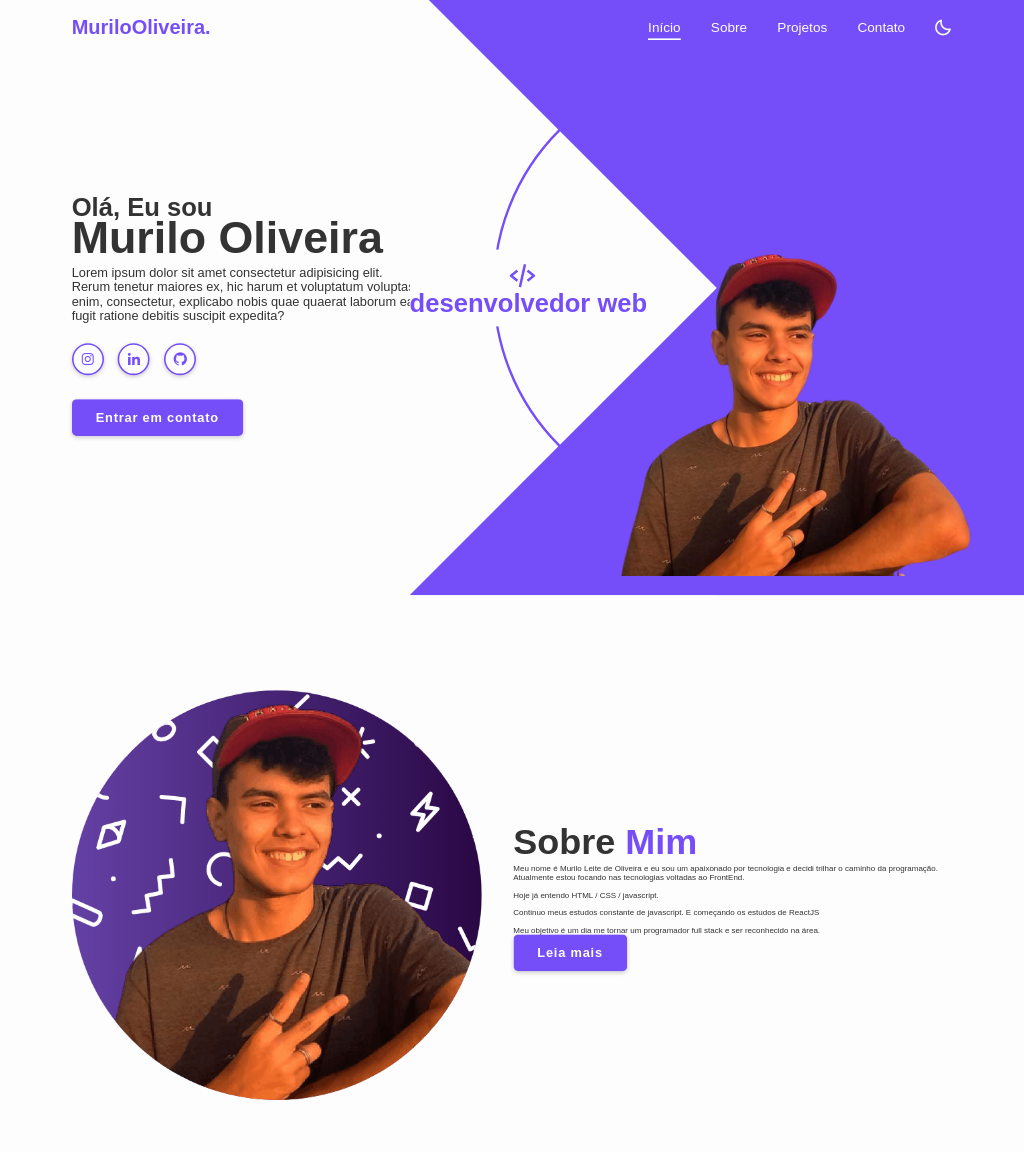
Repository: devMuriloOliveira/Portfolio-
Page: index.html
These files come from the project's save history. The page is drawn as it stood at one moment and after the next save; the edit follows.
The browser window is 1280 px wide. The pictures show the whole page, at 80% of full size.

Above is the page before, as saved 2023-03-11 16:11:20.

After the next save:
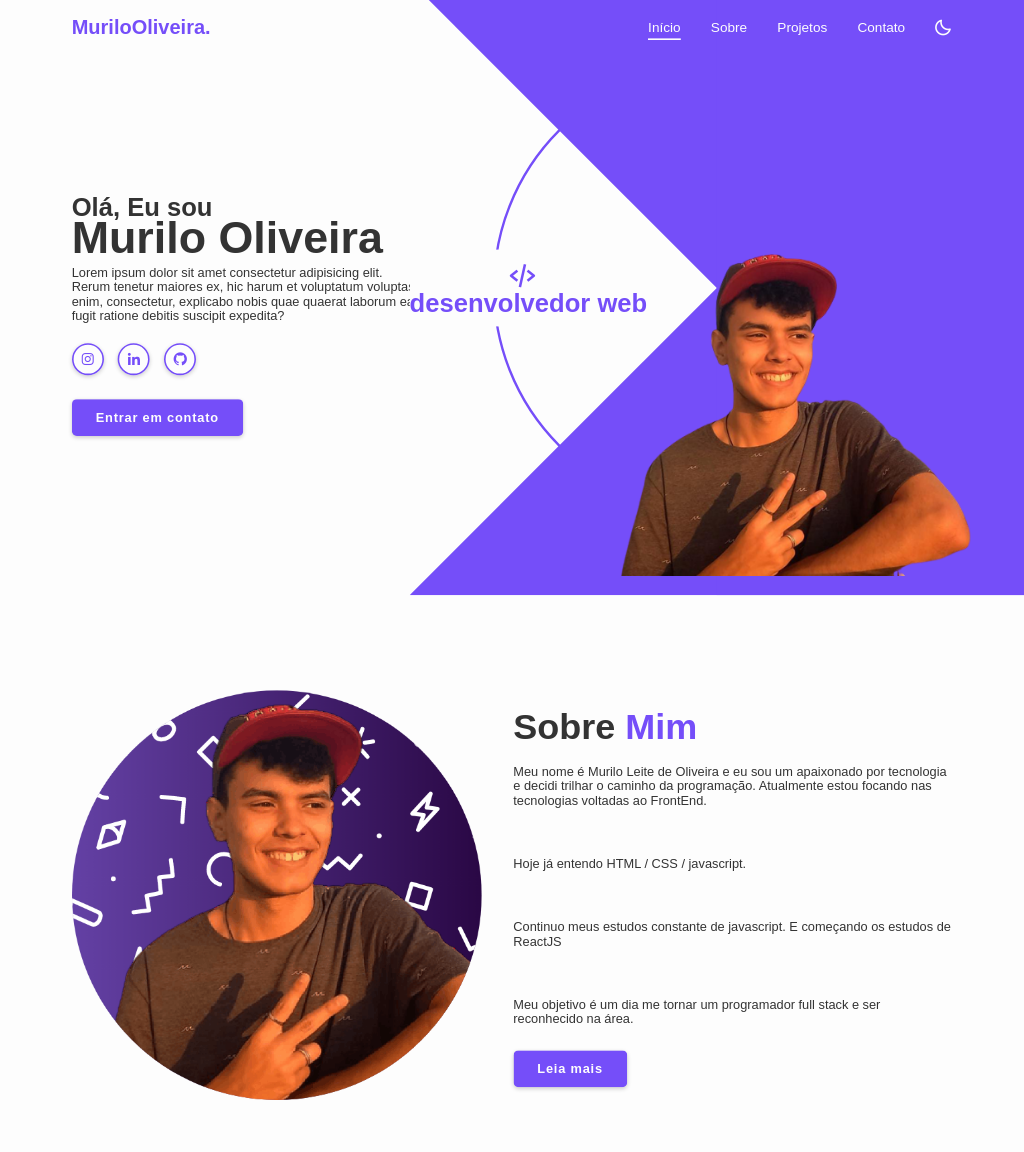
Saved 64 s later.
--- a/style.css
+++ b/style.css
@@ -253,5 +253,6 @@ span{
 }
 
 .sobre-content p{
-
-}
+  font-size: 1.6rem;
+  margin: 2rem 0 3rem;
+}
